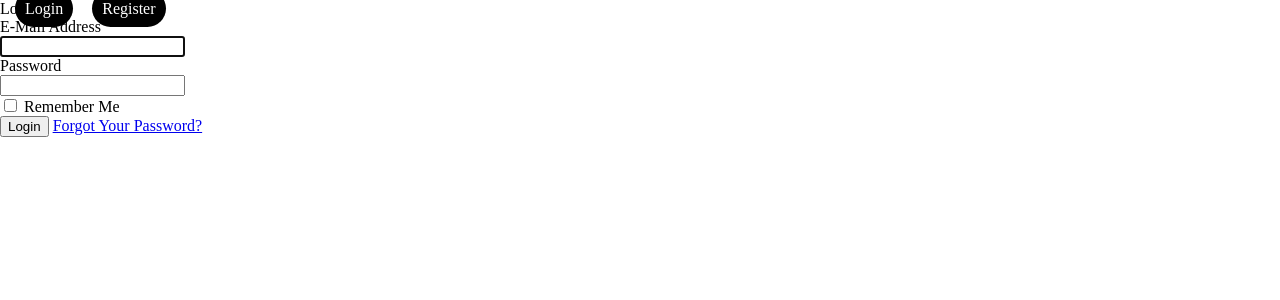
Repository: PatryxB/recipeCook
Page: http://localhost/login
These files come from the project's save history. The page is drawn as it stood at one moment and after the next save; the edit follows.
The browser window is 1280 px wide. The pictures show the whole page.
The page is served by the project's Laravel application, run on PHP 8.4 with Laravel 8. Other server files are loaded and not shown. Style sheets and scripts are compiled from the project's sources, by tool versions that may differ from the author's.

Above is the page before, as saved 2020-05-02 11:18:13.

### resources/views/layouts/app.blade.php
<!doctype html>
<html lang="{{ str_replace('_', '-', app()->getLocale()) }}">
<head>
    <meta charset="utf-8">
    <meta name="viewport" content="width=device-width, initial-scale=1">

    <!-- CSRF Token -->
    <meta name="csrf-token" content="{{ csrf_token() }}">

    <title>{{ config('app.name', 'Laravel') }}</title>

    <!-- Scripts -->
    <script src="{{ asset('js/app.js') }}" defer></script>

    <!-- Fonts -->
    <link rel="dns-prefetch" href="//fonts.gstatic.com">
    <link href="https://fonts.googleapis.com/css?family=Nunito" rel="stylesheet">

    <!-- Styles -->
    <link href="{{ asset('css/app.css') }}" rel="stylesheet">
</head>
<body>
    <div id="app">

        <nav>
            @if (Route::has('login'))
                @auth
                    <a href="{{ url('/home') }}">Home</a>
                @else
                    <a href="{{ route('login') }}">Login</a>

                    @if (Route::has('register'))
                        <a href="{{ route('register') }}">Register</a>
                    @endif
                @endauth
            @endif
        </nav>

        <main class="py-4">
            @yield('content')
        </main>
    </>
</body>
</html>

### resources/sass/app.scss
// Fonts
@import url('https://fonts.googleapis.com/css?family=Nunito');

// Variables
@import 'variables';

html, body{
    box-sizing: border-box;
    margin: 0;
    padding: 0;
}
nav{
    position: absolute;
    z-index: 999;
}
nav a{
    text-decoration: none;
    color: white;
    background-color: black;
    padding: 10px;
    margin-left: 15px;
    border-radius: 25px;
    margin-top: 55px;
}
.banner img{
    position: relative;
    float: right;
    width: 70%;
    height: 100vh;
    background-repeat: no-repeat;
}
.info{
    width: 30%;
    height: 100vh;
}

Loaded but not shown: routes/web.php (common file); app/Http/Controllers/Auth/LoginController.php (common file); app/Http/Controllers/Controller.php (common file); app/Http/Controllers/Auth/ConfirmPasswordController.php (common file); resources/views/auth/login.blade.php (common file); resources/sass/_variables.scss (common file)

After the next save:
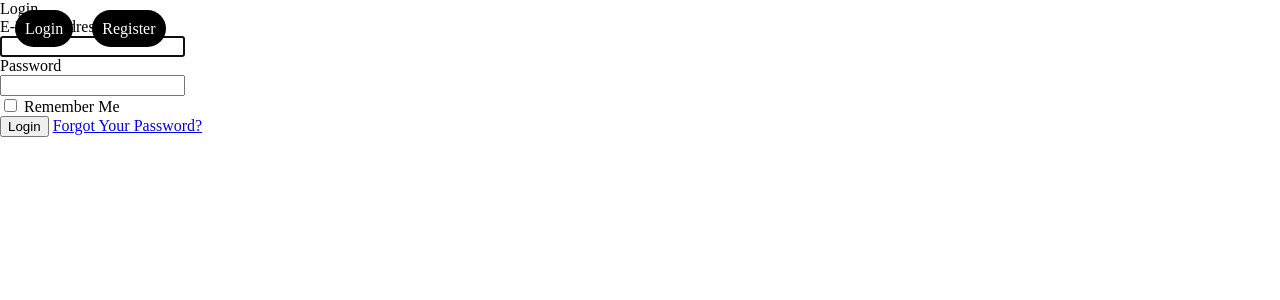
Saved 25 s later.
--- a/resources/sass/app.scss
+++ b/resources/sass/app.scss
@@ -11,6 +11,7 @@ html, body{
 }
 nav{
     position: absolute;
+    top: 20px;
     z-index: 999;
 }
 nav a{
@@ -20,7 +21,6 @@ nav a{
     padding: 10px;
     margin-left: 15px;
     border-radius: 25px;
-    margin-top: 55px;
 }
 .banner img{
     position: relative;
